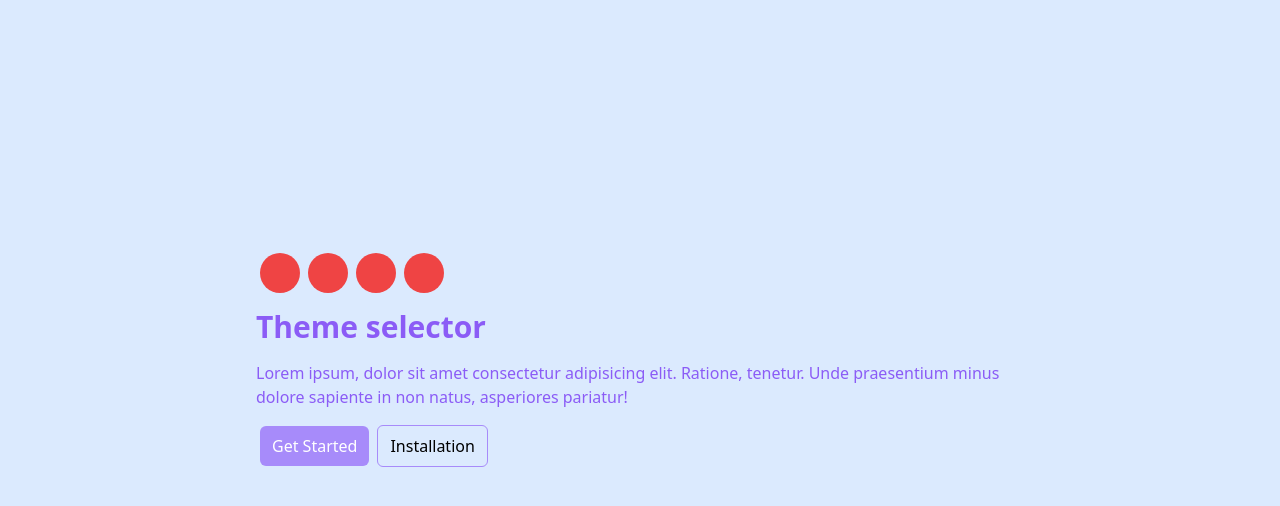
Repository: prince-bansal/tailwind-theme-switcher
Page: /
These files come from the project's save history. The page is drawn as it stood at one moment and after the next save; the edit follows.
The browser window is 1280 px wide. The pictures show the whole page.
The project was rebuilt for these pictures with package versions that can differ from the ones it lists, and the page was loaded fresh each time. Also part of the build but not shown: vite.config.ts, src/index.css.

Above is the page before, as saved 2024-03-17 19:35:08.

After the next save:
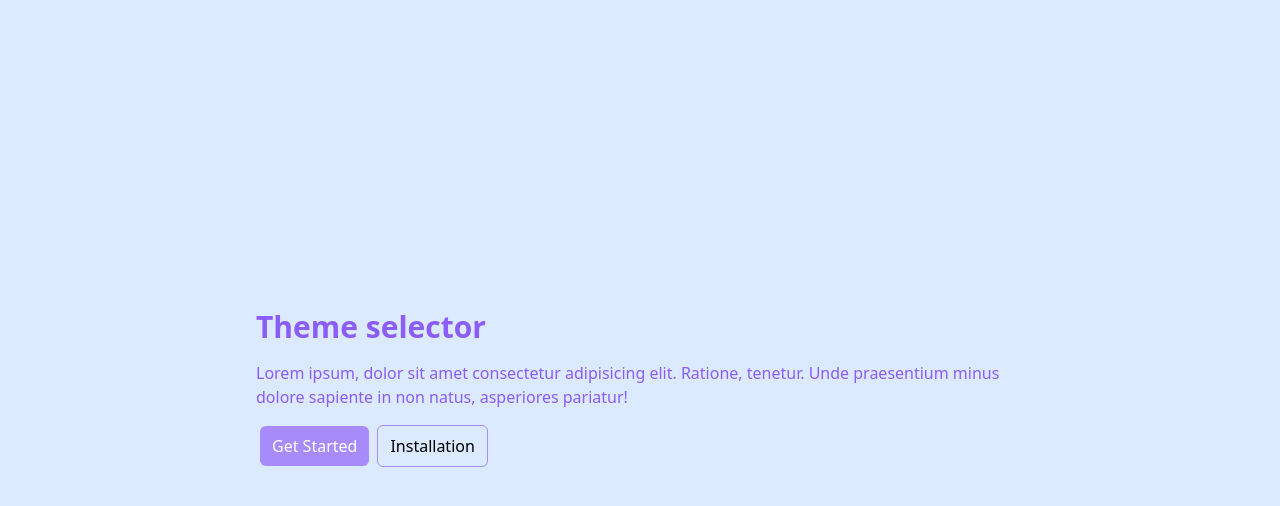
Saved 8 s later.
--- a/src/App.tsx
+++ b/src/App.tsx
@@ -9,10 +9,10 @@ function App() {
     <div className={`${theme} bg-fill min-h-screen flex items-center justify-center`}>
       <div className="w-[60%] m-auto">
         <div className="flex">
-          {["red", "blue", 'pruple', "green"].map((color) => (
+          {["red", "blue", 'pursple', "green"].map((color) => (
             <div
               onClick={() => setTheme("red")}
-              className={`cursor-pointer h-10 rounded-full w-10 bg-red-500 ${color} mx-1`}
+              className={`cursor-pointer h-10 rounded-full w-10${color} mx-1`}
             ></div>
           ))}
         </div>
